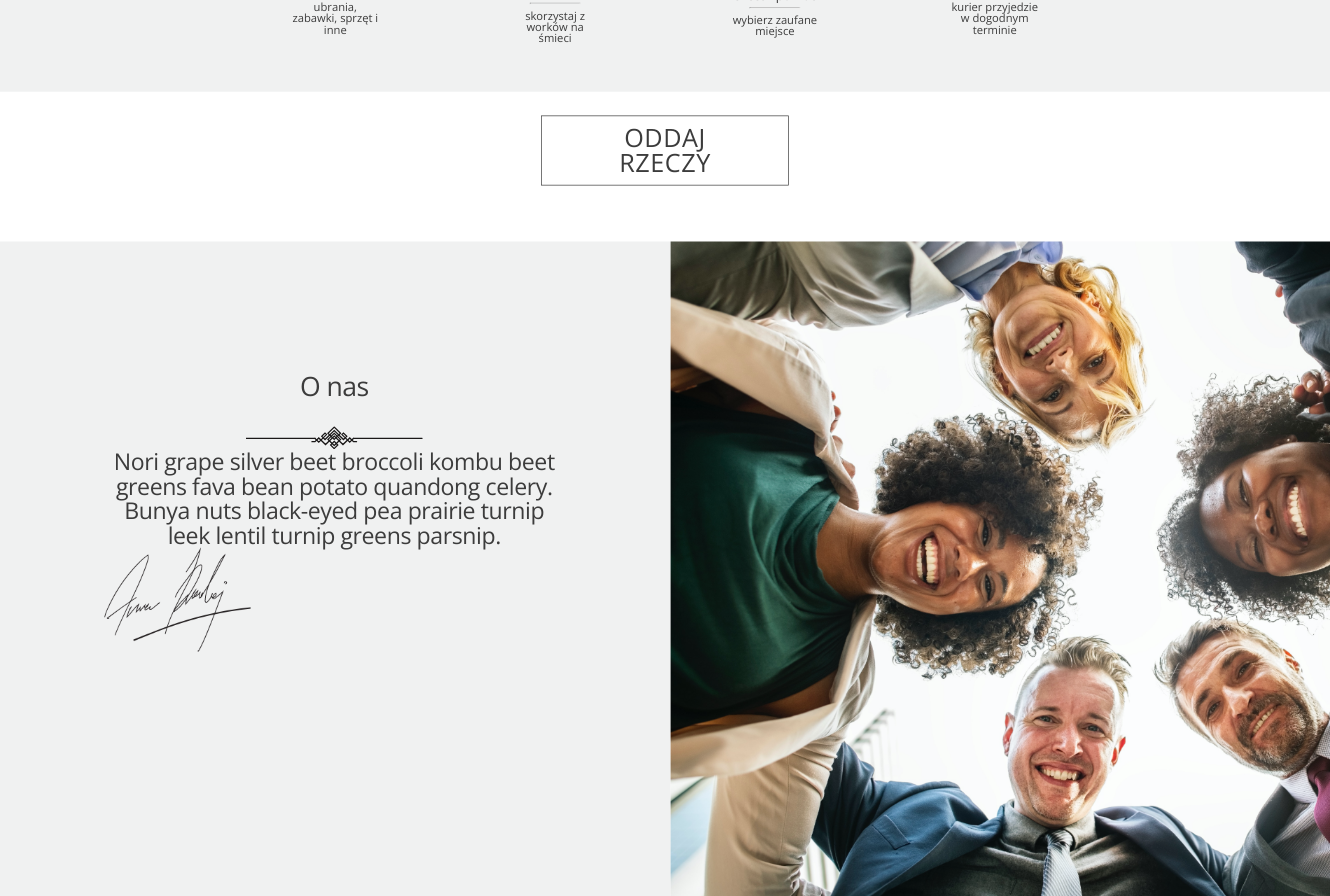
Repository: tomekwoojcik/oddam-w-dobre-rence
Page: /
The author's editor kept a copy of each file at every save. The page is drawn from the files as they stood at one save, then again after the next save.
The browser window is 1280 px wide. The page is 1900 px wide, so the pictures cover 1900 px, including what lies to the right of the window. The pictures show the part of the page from y = 1720 to 3000 px (the page is 3000 px tall), at 70% of full size.
The project was rebuilt for these pictures with package versions that can differ from the ones it lists, and the page was loaded fresh each time. Also part of the build but not shown: src/pages/logIn/logIn.js, src/pages/register/register.js.

Above is the page before, as saved 2022-12-08 09:36:53.

After the next save:
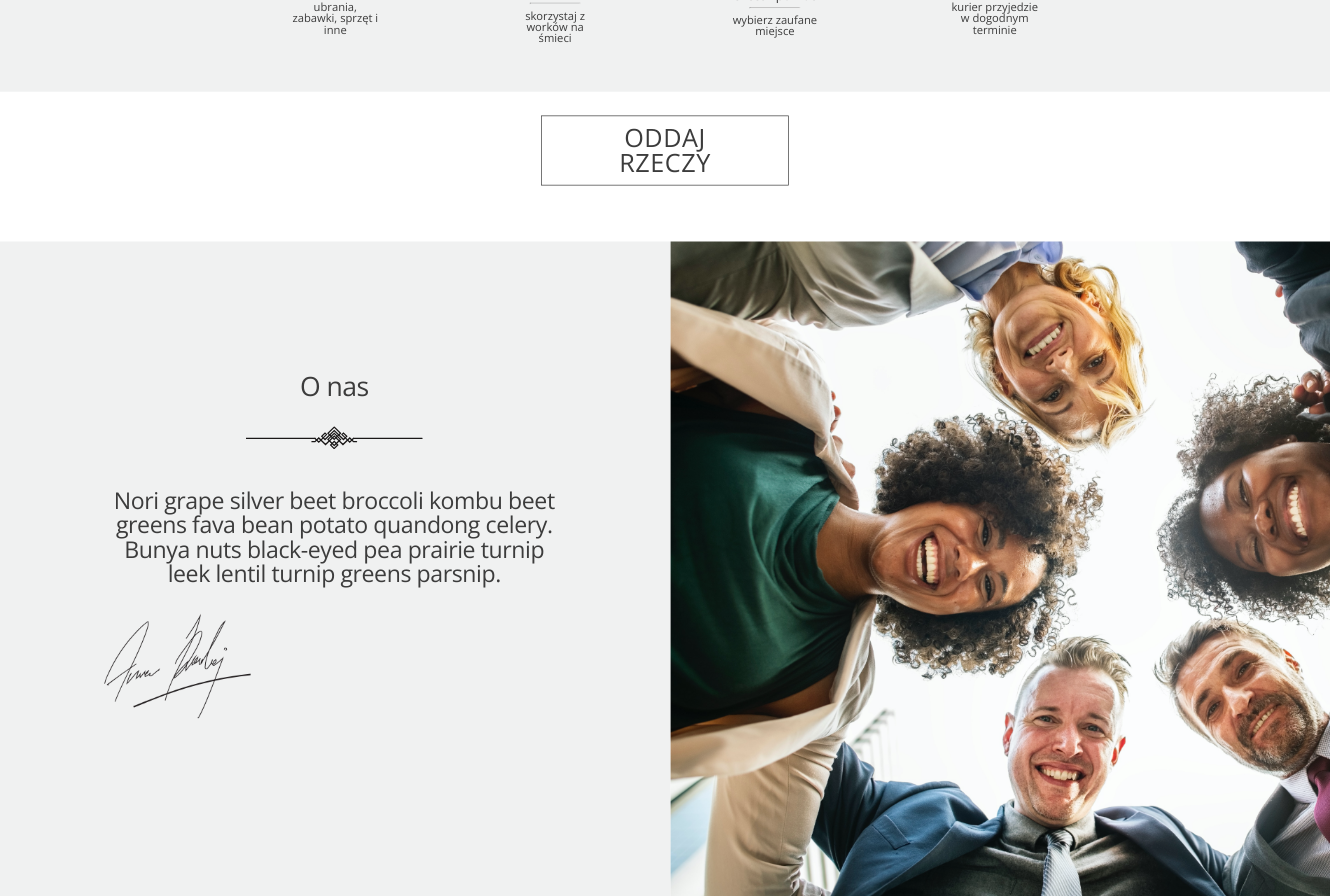
Saved 37 s later.
--- a/src/components/atoms/aboutUsText/_aboutUsText.scss
+++ b/src/components/atoms/aboutUsText/_aboutUsText.scss
@@ -24,6 +24,7 @@
         color: $black-color;
         font-weight: 300;
         line-height: 35px;
+        margin: 55px 0 40px 0;
     }
 
     .aboutUsSignature {
